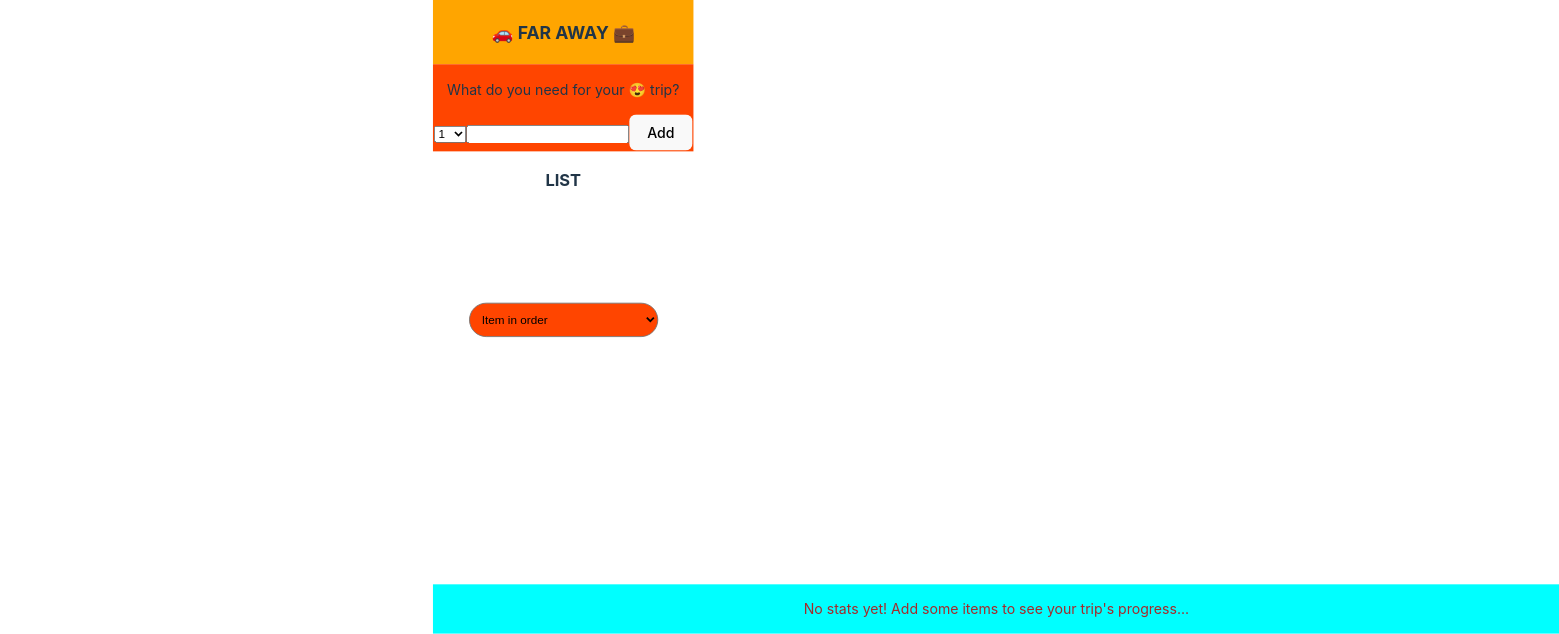
Repository: Celebration-cloud/Trip-Add-To-List
Page: /
An editor plug-in stored every save of this project. The page is shown before and after a run of saves, followed by the edit.
The browser window is 1280 px wide. The page is 1772 px wide, then 1280 px, so the pictures cover 1772 px, including what lies to the right of the window. The pictures show the whole page, at 88% of full size.
The project was rebuilt for these pictures with package versions that can differ from the ones it lists, and the page was loaded fresh each time. Also part of the build but not shown: vite.config.js.

Above is the page before, as saved 2023-10-29 17:21:57.

After the next 3 saves:
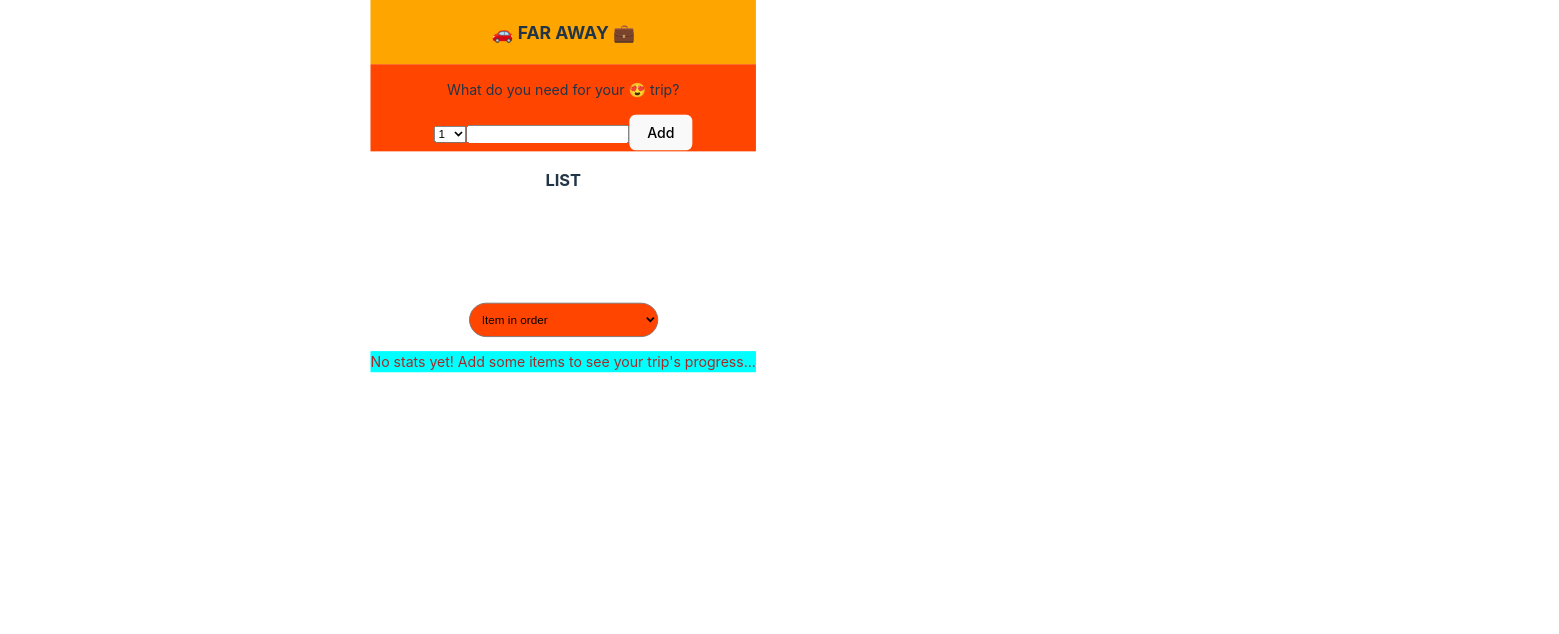
The 3 saves are shown as one change because they came seconds apart.
The last was saved 77 s later.
--- a/src/Trip-List/TripList.css
+++ b/src/Trip-List/TripList.css
@@ -4,7 +4,7 @@
             height: "30px",
             width: "100%", */
 .static{
-    position: absolute;
+    position: inherit;
     background-color: aqua;
     color: brown;
     bottom: 0px;
